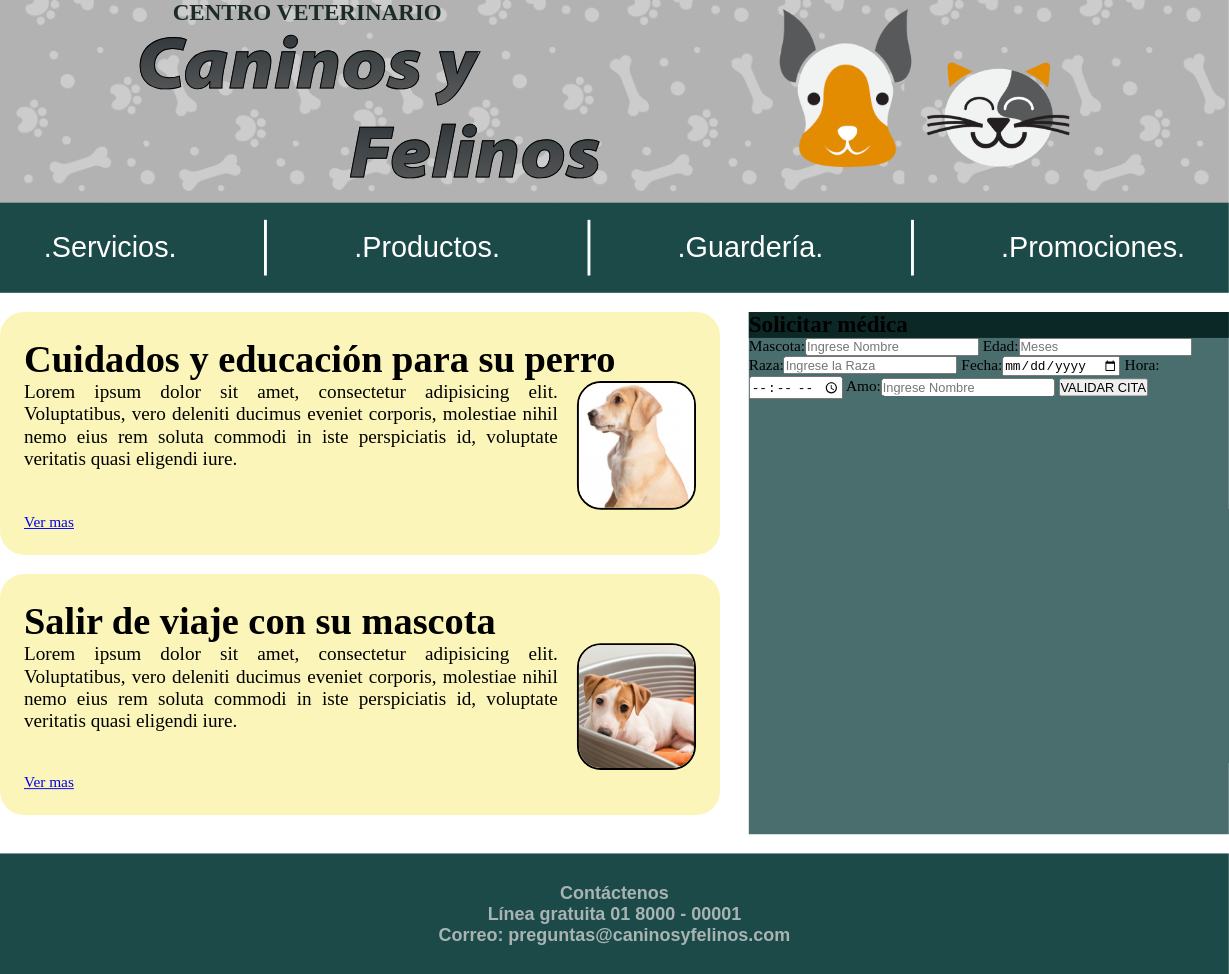
Repository: mariomr87/senaweb01
Page: principal.html
An editor plug-in stored every save of this project. The page is shown before and after the next save, followed by the edit.
The browser window is 1280 px wide. The pictures show the whole page, at 96% of full size.

Above is the page before, as saved 2021-10-23 10:38:58.

After the next save:
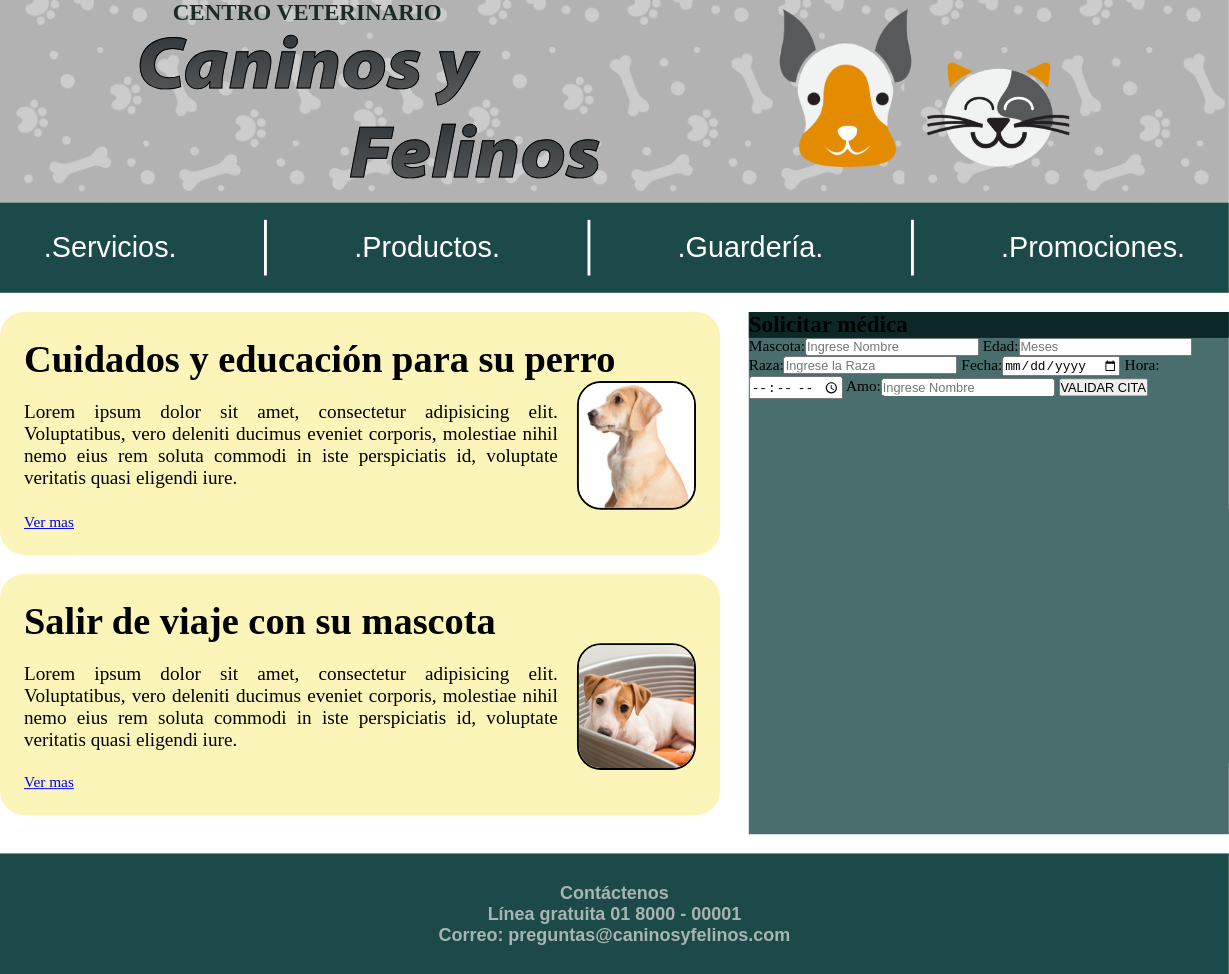
Saved 65 s later.
--- a/estilos.css
+++ b/estilos.css
@@ -97,7 +97,7 @@
 article p{
     font-size: 20px;
     text-align: justify;
-    padding-right: 20px;
+    padding: 20px 20px 0 0;
 }
 
 article div img {

After the save that followed:
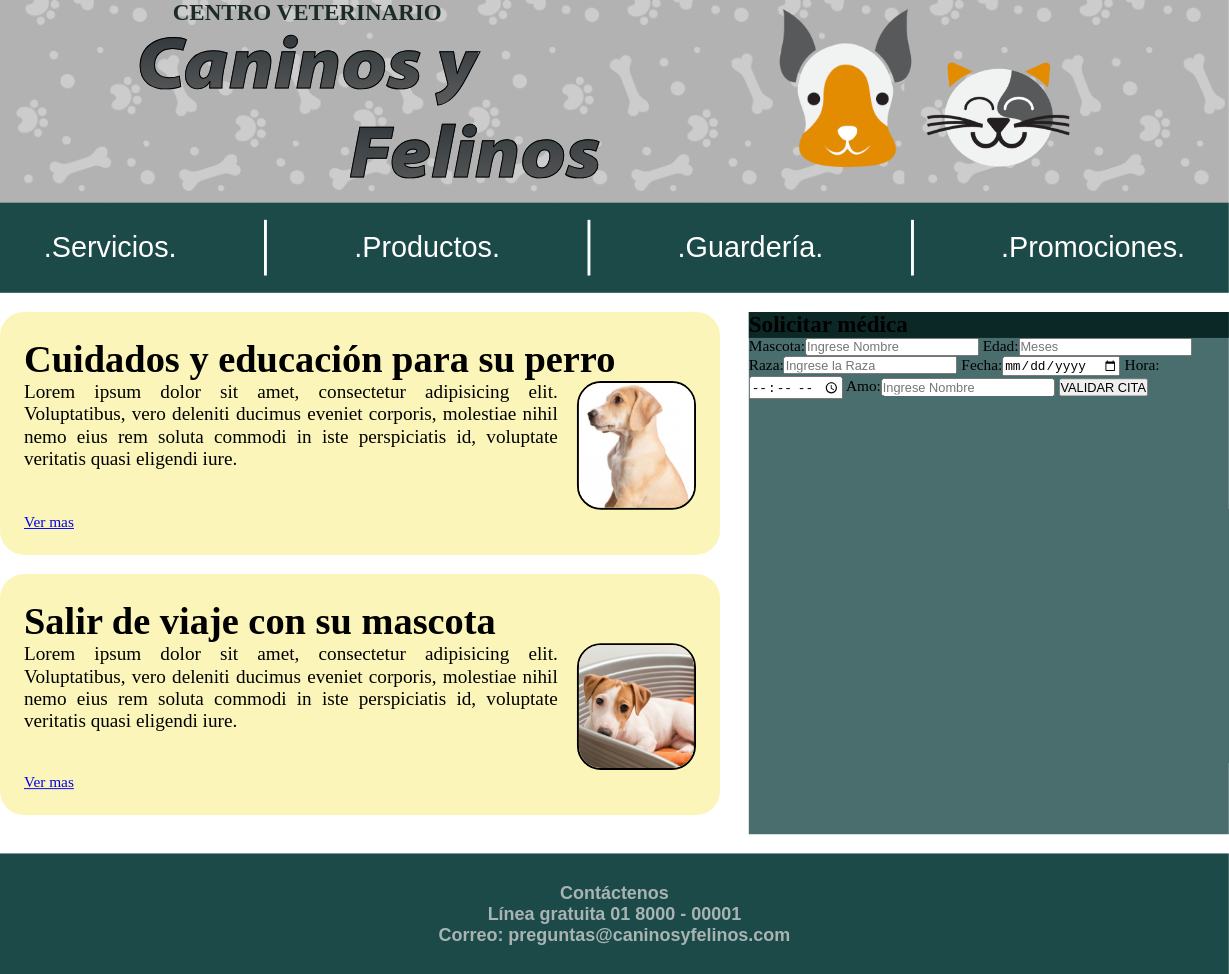
Saved 33 s later.
--- a/estilos.css
+++ b/estilos.css
@@ -97,7 +97,7 @@
 article p{
     font-size: 20px;
     text-align: justify;
-    padding: 20px 20px 0 0;
+    padding-right: 20px;
 }
 
 article div img {
